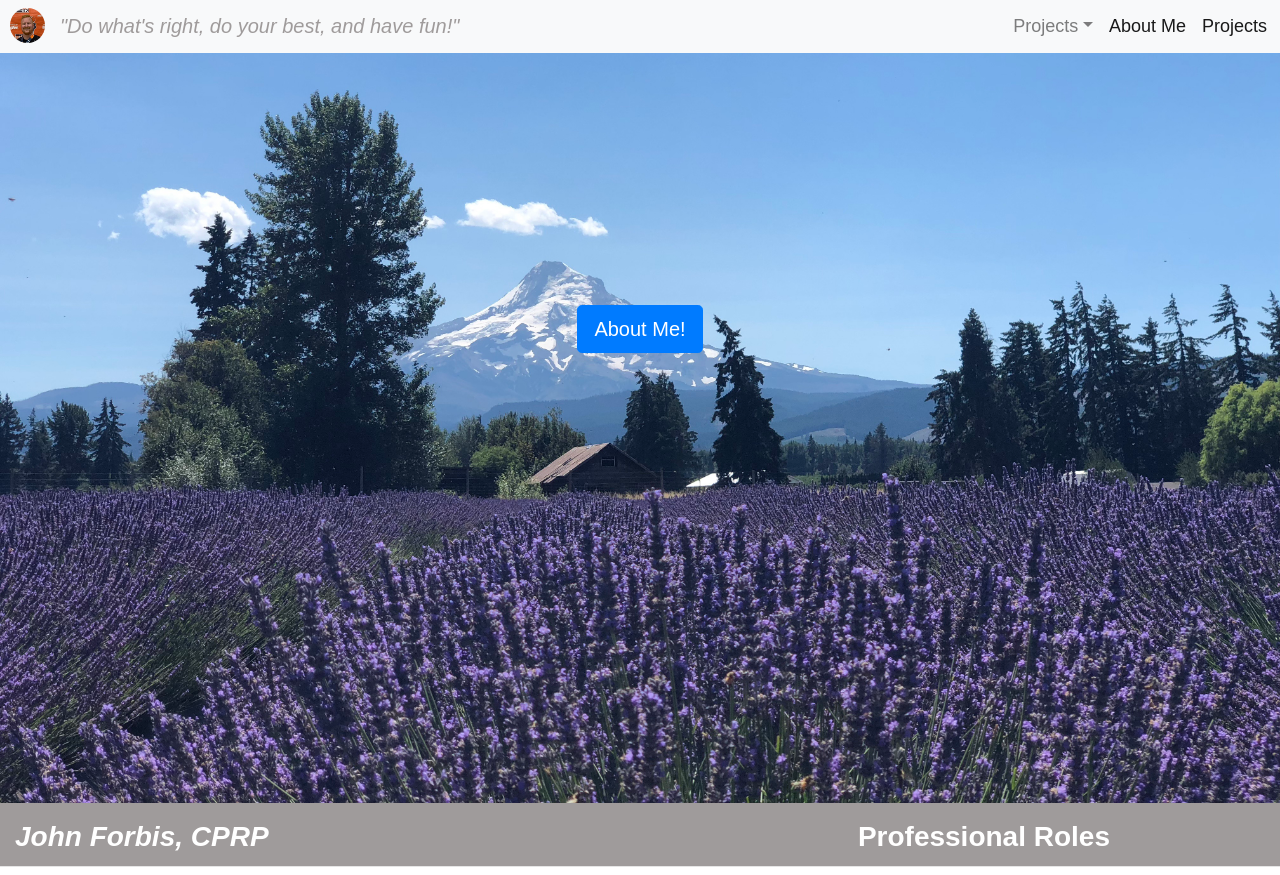
Repository: jforbis/john-forbis-data-analyst
Page: index.html
An editor plug-in stored every save of this project. The page is shown before and after the next save, followed by the edit.
The browser window is 1280 px wide. The pictures show the part of the page from y = 0 to 875 px (the page is 1760 px tall before and 1787 px after).
A picture or video elsewhere on the page could not be fetched, so the positions and the page height are approximate. Backgrounds fixed to the window are drawn as part of the page.

Above is the page before, as saved 2021-04-21 17:16:00.

After the next save:
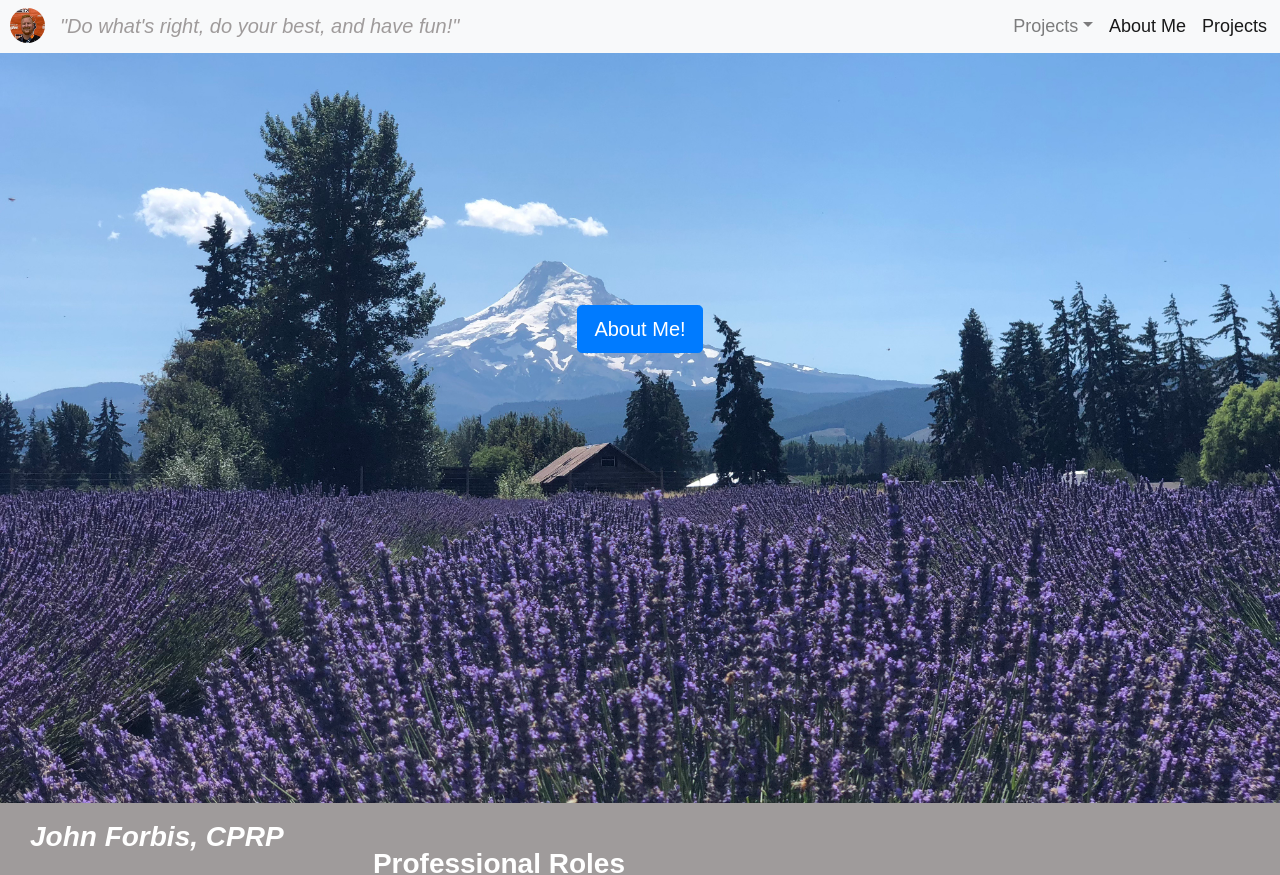
Saved 4 min 9 s later.
--- a/index.html
+++ b/index.html
@@ -60,14 +60,14 @@
 
 <body>
     <div class="col-12" style="margin-top: 20px">
-        <div class="row">
-            <div class="col-md-6" id="me">
+        <!-- <div class="row"> -->
+            <div class="col-12 col-md-6" id="me">
                 <strong><i>John Forbis, CPRP</i></strong>
             </div>
-            <div class="col-md-6" id="pr">
+            <div class="col-12 col-md-6" id="pr">
                 <strong>Professional Roles</strong>
             </div>
-        </div>
+        <!-- </div> -->
     </div>
     <hr>
     <table>

After the save that followed:
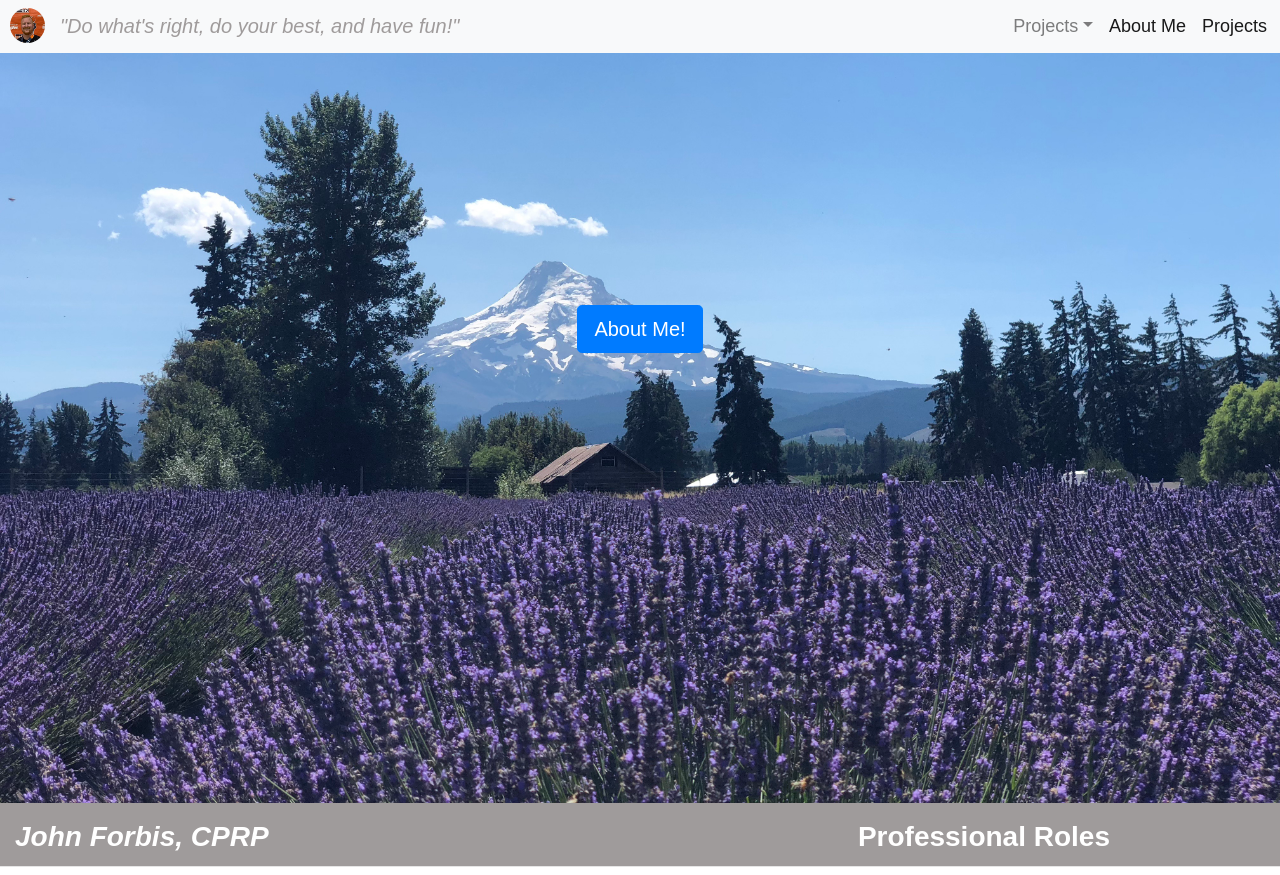
Saved 70 s later.
--- a/index.html
+++ b/index.html
@@ -60,14 +60,14 @@
 
 <body>
     <div class="col-12" style="margin-top: 20px">
-        <!-- <div class="row"> -->
-            <div class="col-12 col-md-6" id="me">
+        <div class="row">
+            <div class="col-md-6" id="me">
                 <strong><i>John Forbis, CPRP</i></strong>
             </div>
-            <div class="col-12 col-md-6" id="pr">
+            <div class="col-md-6" id="pr">
                 <strong>Professional Roles</strong>
             </div>
-        <!-- </div> -->
+        </div>
     </div>
     <hr>
     <table>
